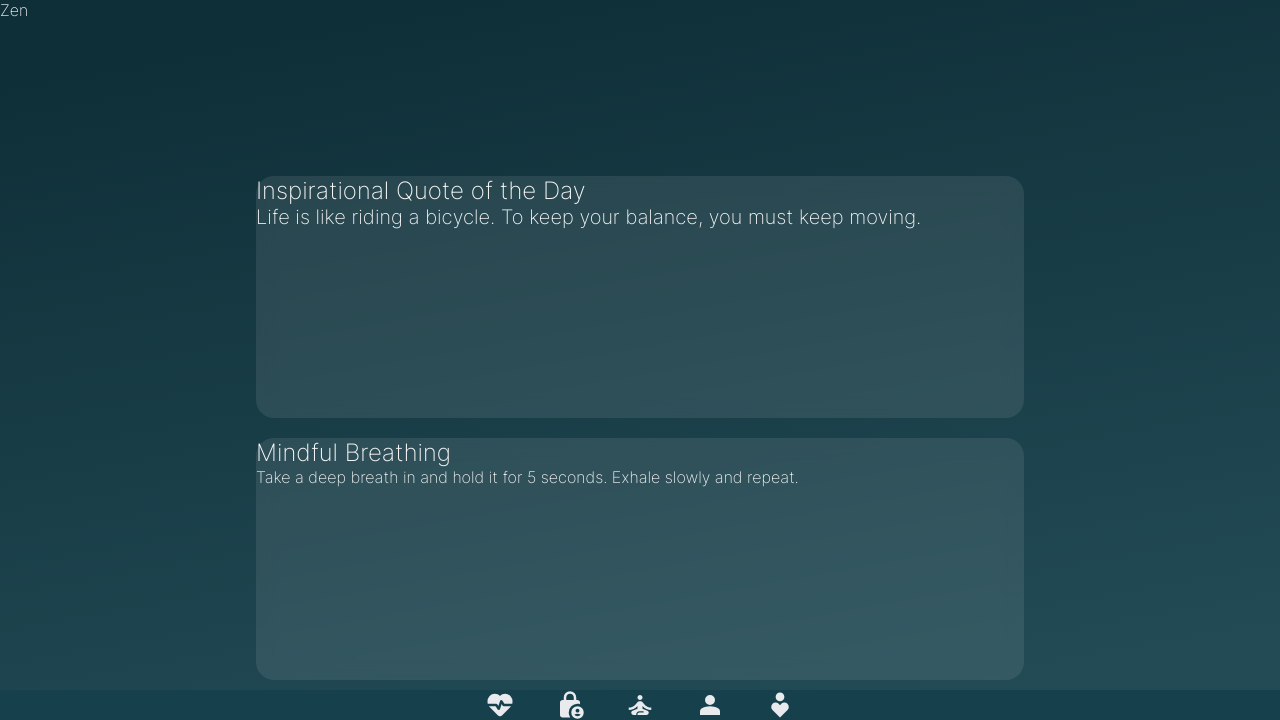
Repository: aaronw-dev/Zen
Page: dashboard.html
These files come from the project's save history. The page is drawn as it stood at one moment and after a run of saves; the edit follows.
The browser window is 1280 px wide. The pictures show the whole page.

Above is the page before, as saved 2024-06-08 13:45:02.

After the next 2 saves:
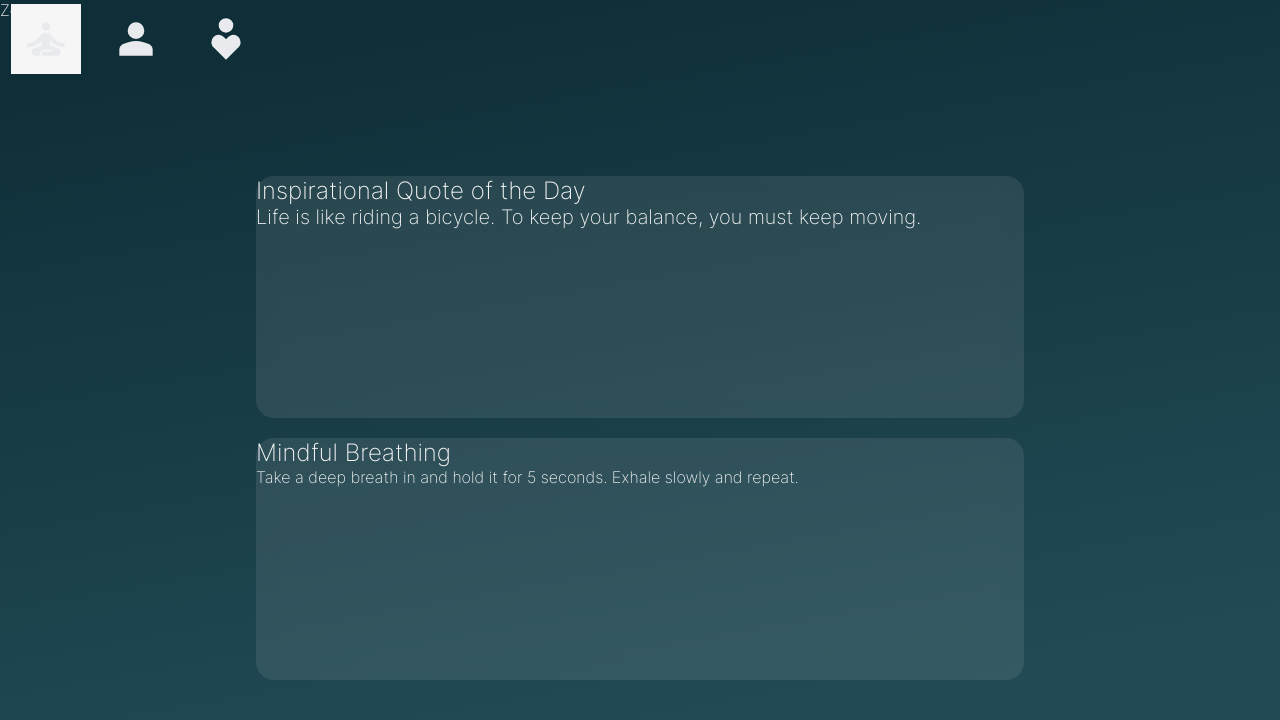
The 2 saves are shown as one change because they came seconds apart.
The last was saved 19 s later.
--- a/static/style.css
+++ b/static/style.css
@@ -138,8 +138,6 @@
     bottom: 0px;
     width: 100%;
     gap: 40px;
-}
-.bottom-icons div {
     width: 30.61px;
     height: 43.72px;
     left: 10.93px;
@@ -149,6 +147,9 @@
     padding:10px;
     width: 50px;
     height: 50px;
+}
+.bottom-icons div {
+
 }
 .header{
     display: flex;

After the save that followed:
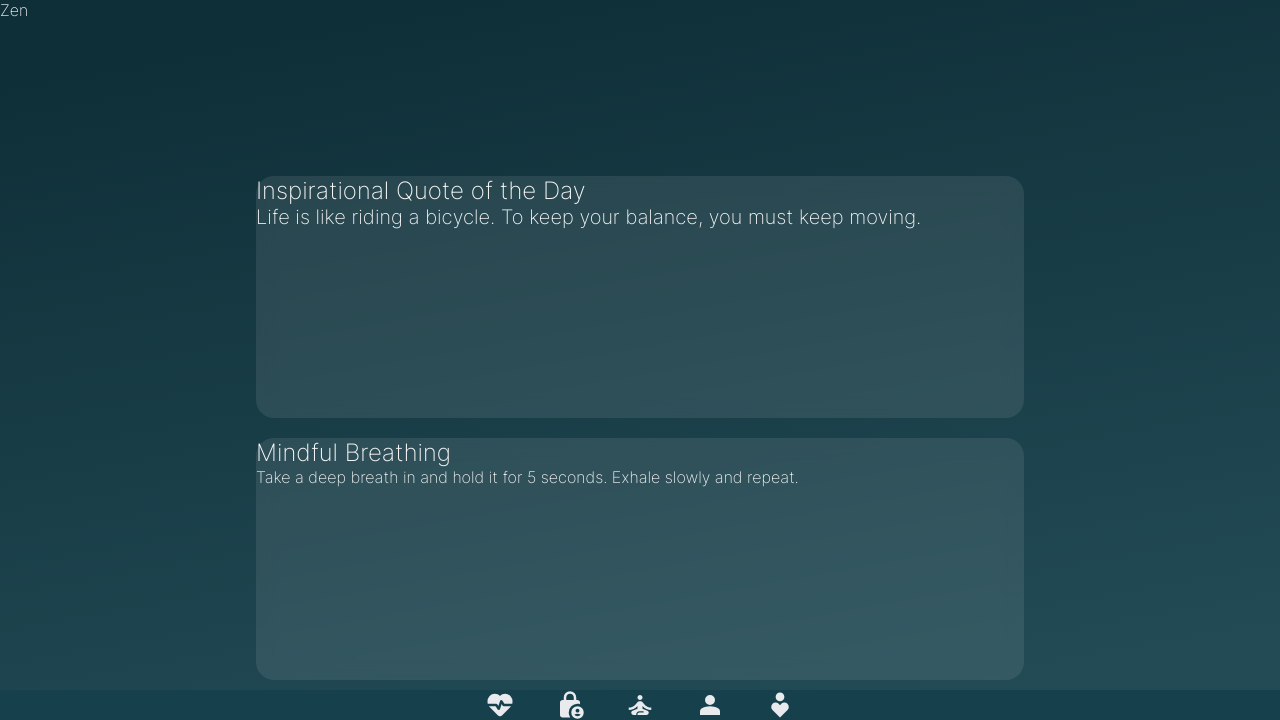
Saved 6 s later.
--- a/static/style.css
+++ b/static/style.css
@@ -138,6 +138,8 @@
     bottom: 0px;
     width: 100%;
     gap: 40px;
+}
+.bottom-icons div {
     width: 30.61px;
     height: 43.72px;
     left: 10.93px;
@@ -147,9 +149,6 @@
     padding:10px;
     width: 50px;
     height: 50px;
-}
-.bottom-icons div {
-
 }
 .header{
     display: flex;
